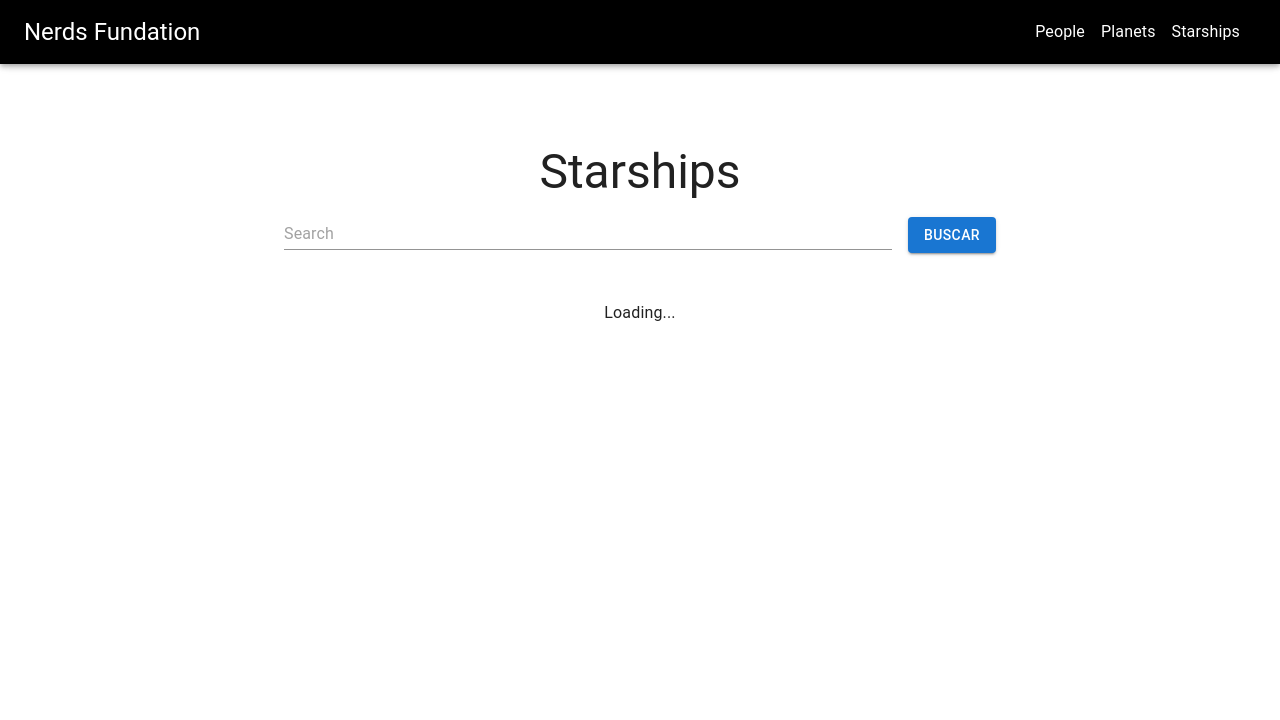
Repository: marianozamora/lisit-challenge
Page: /planets
The author's editor kept a copy of each file at every save. The page is drawn from the files as they stood at one save, then again after the next save.
The browser window is 1280 px wide. The pictures show the whole page.
The page's requests for data from a server got no answer. The project was rebuilt for these pictures with package versions that can differ from the ones it lists, and the page was loaded fresh each time. Some packages were replaced by stand-ins written for this rebuild. No one was signed in, and anything a server would have sent is missing. Also part of the build but not shown: vite.config.ts, src/components/Pagination.tsx, src/components/Card.tsx, src/App.tsx, src/components/Starship.tsx, src/components/DetailPeople.tsx, src/components/DetailStarship.tsx.

Above is the page before, as saved 2023-05-11 05:10:14.

After the next save:
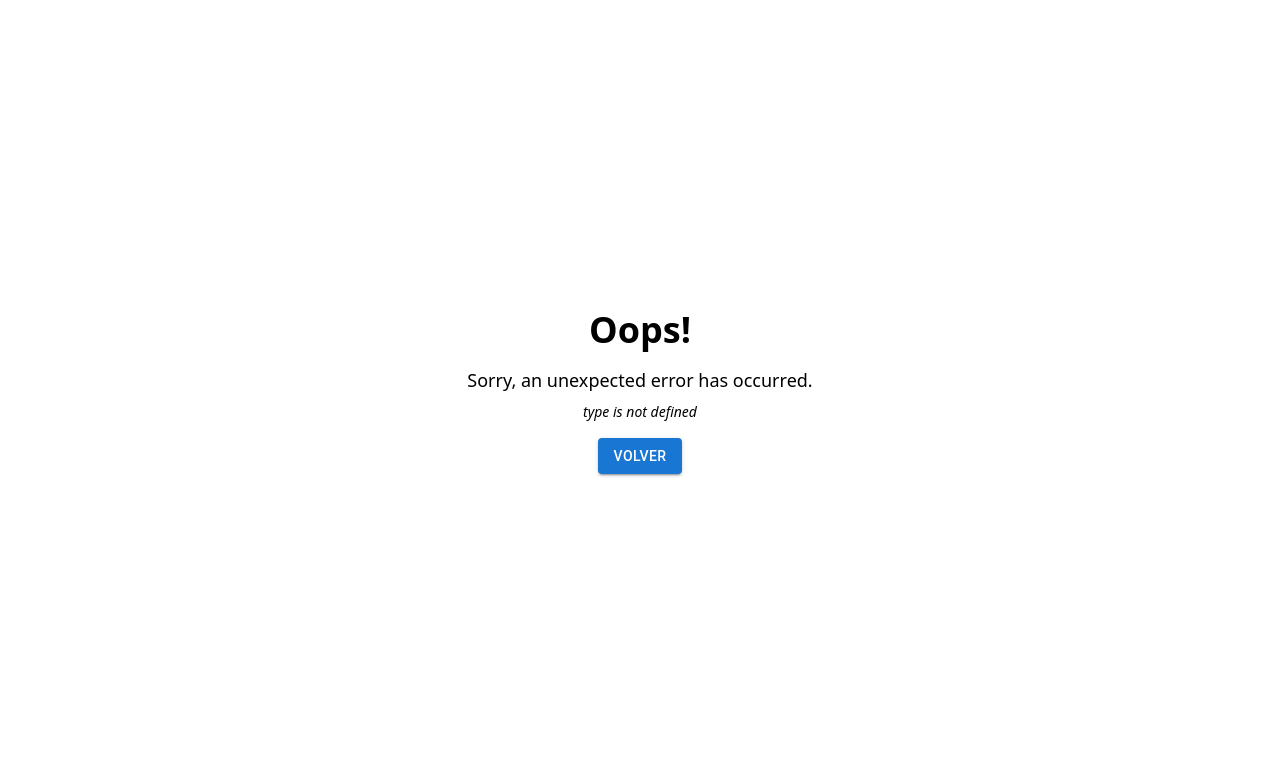
Console error: ReferenceError: type is not defined
Saved 63 s later.
--- a/src/ListHOC.tsx
+++ b/src/ListHOC.tsx
@@ -1,5 +1,5 @@
 import React from 'react';
-import { useFetchPeople } from './hooks/useSwapi';
+import { useFetchPeople, useGenerateRequest } from './hooks/useSwapi';
 import './App.css';
 // import { People } from './hooks/types';
 import Pagination from '../src/components/Pagination';
@@ -45,7 +45,7 @@ const withFetchPeople = (WrappedComponent: any) => {
         const [currentPage, setCurrentPage] = React.useState(1);
         const [query, setQuery] = React.useState('');
 
-        const { data, isLoading, isError } = useFetchPeople({ page: currentPage, query });
+        const { data, isLoading, isError } = useGenerateRequest({ type, page: currentPage, query });
 
         return (
         <WrappedComponent
